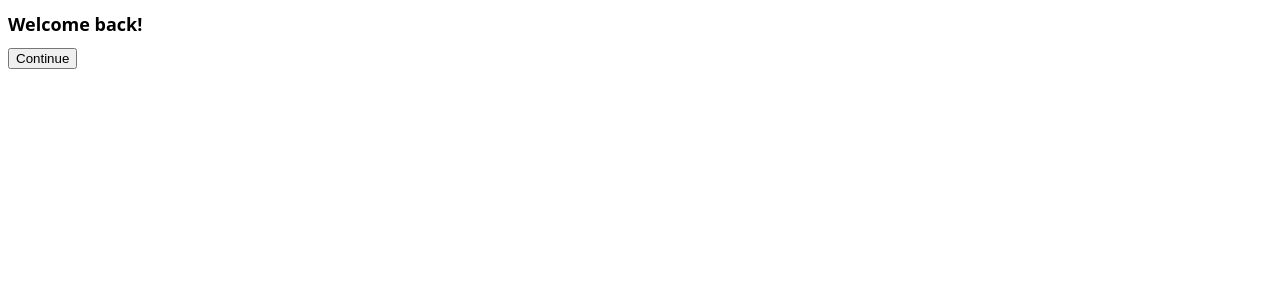
Repository: Leeminsu67/react-for-beginners
Page: /
The author's editor kept a copy of each file at every save. The page is drawn from the files as they stood at one save, then again after the next save.
The browser window is 1280 px wide. The pictures show the whole page.
The project was rebuilt for these pictures with package versions that can differ from the ones it lists, and the page was loaded fresh each time.

Above is the page before, as saved 2024-08-02 15:43:28.

### src/index.js
import React from "react";
import ReactDOM from "react-dom/client";
import App from "./App";
// import "./style.css";

const root = ReactDOM.createRoot(document.getElementById("root"));
root.render(
  <React.StrictMode>
    <App />
  </React.StrictMode>
);

### src/App.js
import Button from "./Button";
import styles from "./App.module.css";

function App() {
  return (
    <>
      <h1 className={styles.title}>Welcome back!</h1>
      <Button text={"Continue"} />
    </>
  );
}

export default App;

### src/Button.js
import PropTypes from "prop-types";
import styled from "./Button.module.css";

const Button = ({ text }) => {
  return <button className={styled.btn}>{text}</button>;
};

Button.prototype = {
  text: PropTypes.string.isRequired,
};

export default Button;

### src/Button.module.css
/* .btn {
  color: white;
  background-color: tomato;
} */
.title {
  color: white;
  background-color: tomato;
}

Loaded but not shown: public/index.html (common file); src/App.module.css (common file)

After the next save:
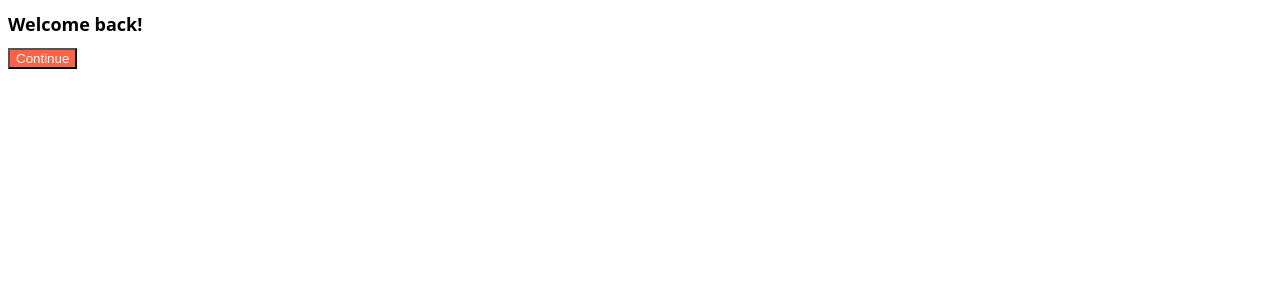
Saved 7 s later.
--- a/src/Button.js
+++ b/src/Button.js
@@ -2,7 +2,7 @@ import PropTypes from "prop-types";
 import styled from "./Button.module.css";
 
 const Button = ({ text }) => {
-  return <button className={styled.btn}>{text}</button>;
+  return <button className={styled.title}>{text}</button>;
 };
 
 Button.prototype = {
